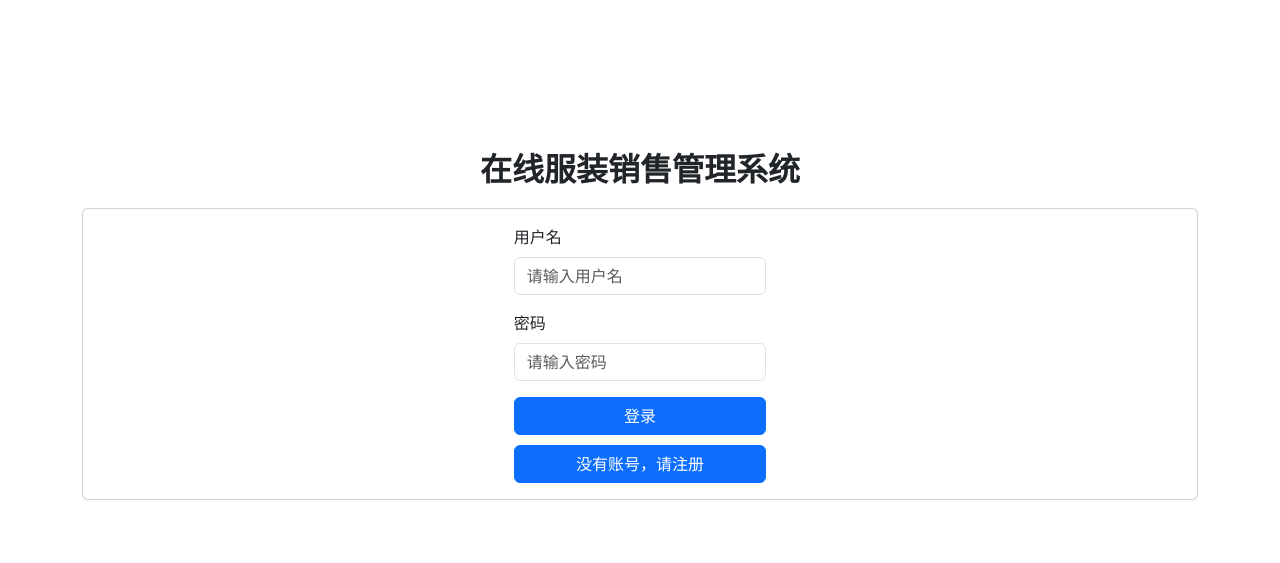
Repository: squawktop/CFS
Page: / (app in web/)
An editor plug-in stored every save of this project. The page is shown before and after a run of saves, followed by the edit.
The browser window is 1280 px wide. The pictures show the whole page.
The project was rebuilt for these pictures with package versions that can differ from the ones it lists, and the page was loaded fresh each time. Also part of the build but not shown: web/vue.config.js, web/src/views/RegisterView.vue, web/src/components/NavBar.vue, web/src/views/HomeView.vue, web/src/views/UsersManageView.vue, web/src/views/PersonalCenterView.vue, web/src/views/GoodsManageView.vue, web/src/views/OrdersManageView.vue and 1 more.

Above is the page before, as saved 2024-03-23 18:00:41.

After the next 5 saves:
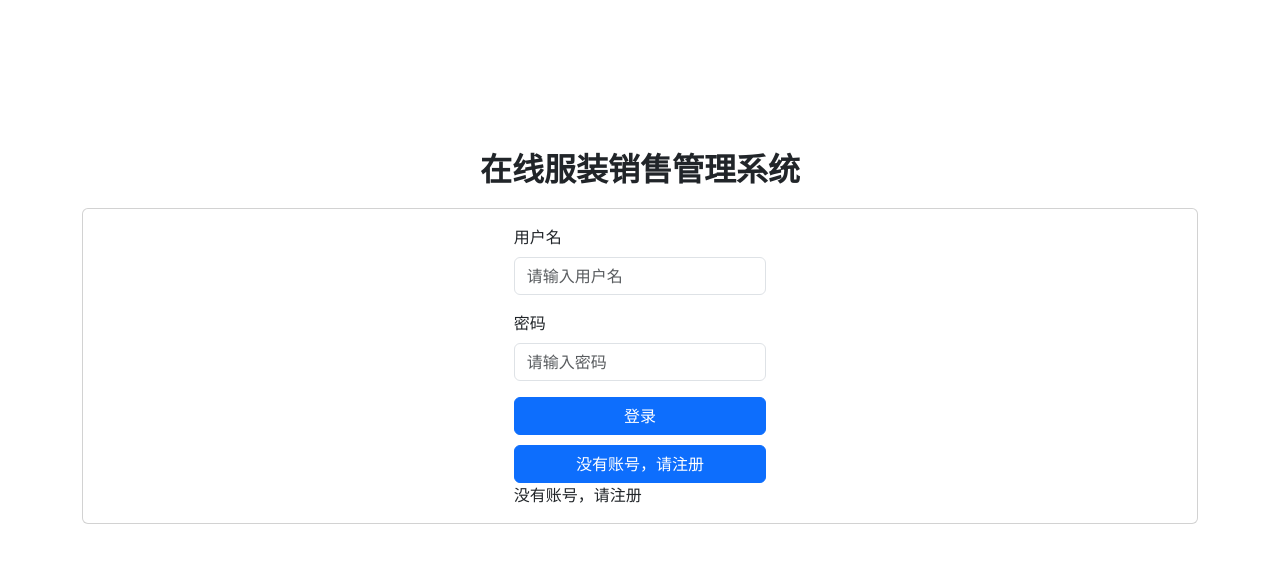
The 5 saves are shown as one change because they came seconds apart.
The last was saved 20 s later.
--- a/web/src/views/LoginView.vue
+++ b/web/src/views/LoginView.vue
@@ -19,7 +19,7 @@
                         <button type="submit" class="btn btn-primary">登录</button>
                         <button type="button" class="btn btn-primary" style="margin-top: 10px"
                             @click="registerview">没有账号，请注册</button>
-                            <div></div>
+                            <span>没有账号，请注册</span>
 
                     </form>
                 </div>
